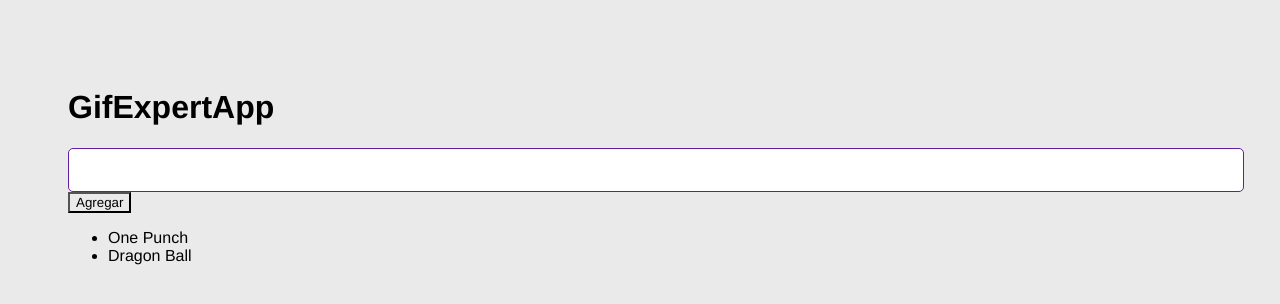
Repository: bryanesteban/gif-expert-app
Page: /
An editor plug-in stored every save of this project. The page is shown before and after the next save, followed by the edit.
The browser window is 1280 px wide. The pictures show the whole page.
The project was rebuilt for these pictures with package versions that can differ from the ones it lists, and the page was loaded fresh each time. Also part of the build but not shown: vite.config.js.

Above is the page before, as saved 2024-06-12 06:02:10.

### src/main.jsx
import React from 'react'
import ReactDOM from 'react-dom/client'
import { GifExpertApp } from './GifExpertApp'

import './styles.css';

ReactDOM.createRoot(document.getElementById('root')).render(
  <React.StrictMode>
    <GifExpertApp />
  </React.StrictMode>,
)

### src/GifExpertApp.jsx
import { useState } from "react";


export const GifExpertApp = () => {




    const [ categories , setCategories ] = useState([ 'One Punch', 'Dragon Ball']);

    const onAddCategory = () => {
        setCategories([...categories,'Fullmetal Alchemist']);
        // setCategories(cat => [...cat,'Fullmetal Alchemist']);
    }
    console.log(categories);

    return (
    <>
    {/*Titulo */}
    <h1>GifExpertApp</h1>
    {/*Input */}
    <input/>
    {/*Listado de gif */}
    <button onClick={ onAddCategory }>Agregar</button>
    <ul>
        { categories.map( category => {
                return <li key={category}>{category} </li>
        }) }

    </ul>
    {/* gif Item */}

    </>
  )
};

### src/components/AddCategory.jsx


export  const AddCategory = () =>{
    return (
        <div>AddCategory</div>
    )
}

Loaded but not shown: index.html (common file); src/styles.css (common file)

After the next save:
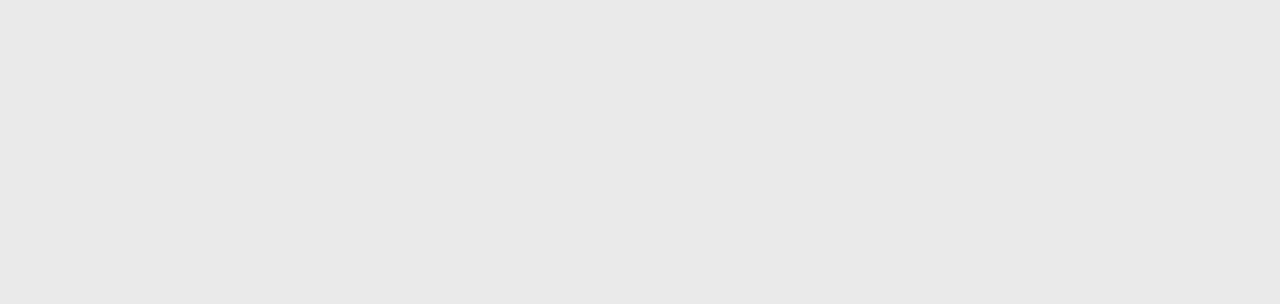
Console error: ReferenceError: AddCategory is not defined
Saved 32 s later.
--- a/src/GifExpertApp.jsx
+++ b/src/GifExpertApp.jsx
@@ -19,7 +19,7 @@ export const GifExpertApp = () => {
     {/*Titulo */}
     <h1>GifExpertApp</h1>
     {/*Input */}
-    <input/>
+    <AddCategory/>
     {/*Listado de gif */}
     <button onClick={ onAddCategory }>Agregar</button>
     <ul>

After the save that followed:
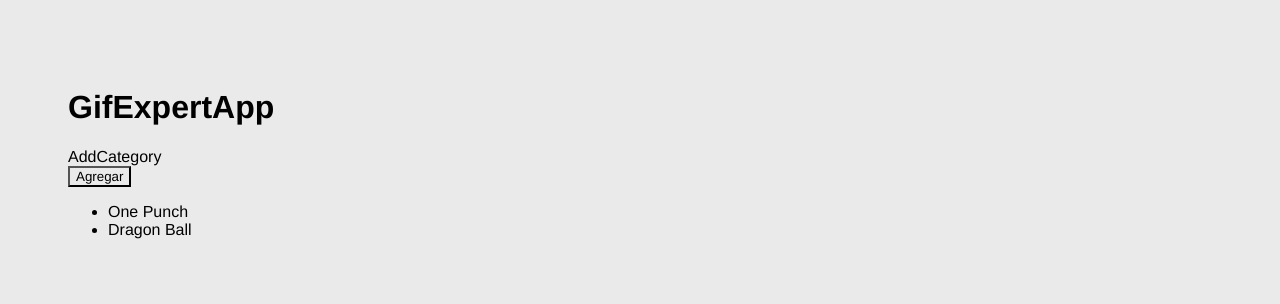
The error is gone.
Saved 6 s later.
--- a/src/GifExpertApp.jsx
+++ b/src/GifExpertApp.jsx
@@ -1,4 +1,5 @@
 import { useState } from "react";
+import { AddCategory } from "./components/AddCategory";
 
 
 export const GifExpertApp = () => {
